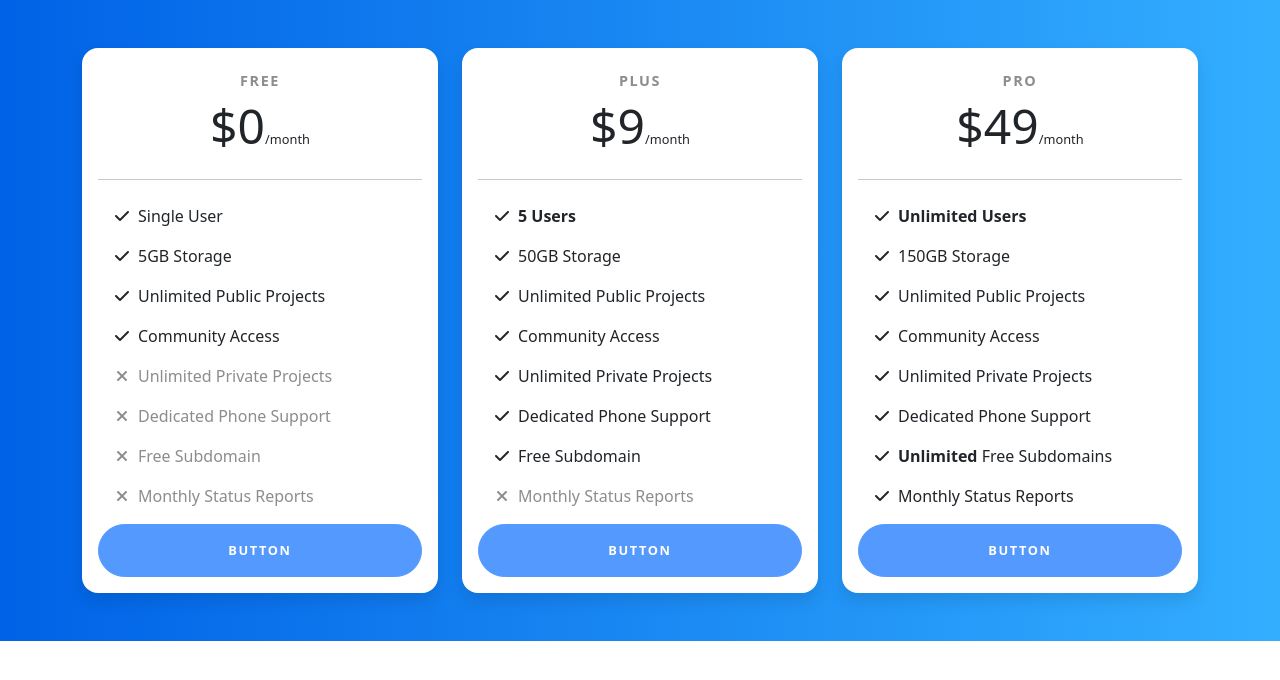
Repository: muzthy8/price-card
Page: /
The author's editor kept a copy of each file at every save. The page is drawn from the files as they stood at one save, then again after the next save.
The browser window is 1280 px wide. The pictures show the whole page.
Some web libraries are served in a nearby version. The project was rebuilt for these pictures with package versions that can differ from the ones it lists, and the page was loaded fresh each time.

Above is the page before, as saved 2023-06-22 12:33:58.

### public/index.html
<!DOCTYPE html>
<html lang="en">
  <head>
    <meta charset="utf-8" />
    <link rel="icon" href="%PUBLIC_URL%/favicon.ico" />
    <meta name="viewport" content="width=device-width, initial-scale=1" />
    <meta name="theme-color" content="#000000" />
    <meta
      name="description"
      content="Web site created using create-react-app"
    />
    <link rel="apple-touch-icon" href="%PUBLIC_URL%/logo192.png" />
    <!--
      manifest.json provides metadata used when your web app is installed on a
      user's mobile device or desktop. See https://developers.google.com/web/fundamentals/web-app-manifest/
    -->
    <link rel="manifest" href="%PUBLIC_URL%/manifest.json" />
    <!--
      Notice the use of %PUBLIC_URL% in the tags above.
      It will be replaced with the URL of the `public` folder during the build.
      Only files inside the `public` folder can be referenced from the HTML.

      Unlike "/favicon.ico" or "favicon.ico", "%PUBLIC_URL%/favicon.ico" will
      work correctly both with client-side routing and a non-root public URL.
      Learn how to configure a non-root public URL by running `npm run build`.
    -->
    <link href="https://cdn.jsdelivr.net/npm/bootstrap@5.3.0/dist/css/bootstrap.min.css" rel="stylesheet" integrity="sha384-9ndCyUaIbzAi2FUVXJi0CjmCapSmO7SnpJef0486qhLnuZ2cdeRhO02iuK6FUUVM" crossorigin="anonymous">
    <!-- <link rel="stylesheet" href="https://cdnjs.cloudflare.com/ajax/libs/font-awesome/6.4.0/css/all.min.css" integrity="sha512-iecdLmaskl7CVkqkXNQ/ZH/XLlvWZOJyj7Yy7tcenmpD1ypASozpmT/E0iPtmFIB46ZmdtAc9eNBvH0H/ZpiBw==" crossorigin="anonymous" referrerpolicy="no-referrer" /> -->
    <title>Price Card</title>
  </head>
  <body>
    <noscript>You need to enable JavaScript to run this app.</noscript>
    <div id="root"></div>
    <!--
      This HTML file is a template.
      If you open it directly in the browser, you will see an empty page.

      You can add webfonts, meta tags, or analytics to this file.
      The build step will place the bundled scripts into the <body> tag.

      To begin the development, run `npm start` or `yarn start`.
      To create a production bundle, use `npm run build` or `yarn build`.
    -->
    <script src="https://kit.fontawesome.com/9fec16f909.js" crossorigin="anonymous"></script>
  </body>
</html>

### src/App.js


function App() {
  return <>
  <section className="pricing py-5">
  <div className="container">
    <div className="row">
      {/* <!-- Free Tier --> */}
      <div className="col-lg-4">
        <div className="card mb-5 mb-lg-0">
          <div className="card-body">
            <h5 className="card-title text-muted text-uppercase text-center">Free</h5>
            <h6 className="card-price text-center">$0<span className="period">/month</span></h6>
            <hr/>
            <ul className="fa-ul">
              <li><span className="fa-li"><i className="fas fa-check"></i></span>Single User</li>
              <li><span className="fa-li"><i className="fas fa-check"></i></span>5GB Storage</li>
              <li><span className="fa-li"><i className="fas fa-check"></i></span>Unlimited Public Projects</li>
              <li><span className="fa-li"><i className="fas fa-check"></i></span>Community Access</li>
              <li className="text-muted"><span className="fa-li"><i className="fas fa-times"></i></span>Unlimited
                Private Projects</li>
              <li className="text-muted"><span className="fa-li"><i className="fas fa-times"></i></span>Dedicated
                Phone Support</li>
              <li className="text-muted"><span className="fa-li"><i className="fas fa-times"></i></span>Free Subdomain
              </li>
              <li className="text-muted"><span className="fa-li"><i className="fas fa-times"></i></span>Monthly Status
                Reports</li>
            </ul>
            <div className="d-grid">
              <a href="javascript(void)" className="btn btn-primary text-uppercase">Button</a>
            </div>
          </div>
        </div>
      </div>
      {/* <!-- Plus Tier --> */}
      <div className="col-lg-4">
        <div className="card mb-5 mb-lg-0">
          <div className="card-body">
            <h5 className="card-title text-muted text-uppercase text-center">Plus</h5>
            <h6 className="card-price text-center">$9<span className="period">/month</span></h6>
            <hr/>
            <ul className="fa-ul">
              <li><span className="fa-li"><i className="fas fa-check"></i></span><strong>5 Users</strong></li>
              <li><span className="fa-li"><i className="fas fa-check"></i></span>50GB Storage</li>
              <li><span className="fa-li"><i className="fas fa-check"></i></span>Unlimited Public Projects</li>
              <li><span className="fa-li"><i className="fas fa-check"></i></span>Community Access</li>
              <li><span className="fa-li"><i className="fas fa-check"></i></span>Unlimited Private Projects</li>
              <li><span className="fa-li"><i className="fas fa-check"></i></span>Dedicated Phone Support</li>
              <li><span className="fa-li"><i className="fas fa-check"></i></span>Free Subdomain</li>
              <li className="text-muted"><span className="fa-li"><i className="fas fa-times"></i></span>Monthly Status
                Reports</li>
            </ul>
            <div className="d-grid">
              <a href="javascript(void)" className="btn btn-primary text-uppercase">Button</a>
            </div>
          </div>
        </div>
      </div>
      {/* <!-- Pro Tier --> */}
      <div className="col-lg-4">
        <div className="card">
          <div className="card-body">
            <h5 className="card-title text-muted text-uppercase text-center">Pro</h5>
            <h6 className="card-price text-center">$49<span className="period">/month</span></h6>
            <hr/>
            <ul className="fa-ul">
              <li><span className="fa-li"><i className="fas fa-check"></i></span><strong>Unlimited Users</strong>
              </li>
              <li><span className="fa-li"><i className="fas fa-check"></i></span>150GB Storage</li>
              <li><span className="fa-li"><i className="fas fa-check"></i></span>Unlimited Public Projects</li>
              <li><span className="fa-li"><i className="fas fa-check"></i></span>Community Access</li>
              <li><span className="fa-li"><i className="fas fa-check"></i></span>Unlimited Private Projects</li>
              <li><span className="fa-li"><i className="fas fa-check"></i></span>Dedicated Phone Support</li>
              <li><span className="fa-li"><i className="fas fa-check"></i></span><strong>Unlimited</strong> Free
                Subdomains</li>
              <li><span className="fa-li"><i className="fas fa-check"></i></span>Monthly Status Reports</li>
            </ul>
            <div className="d-grid">
              <a href="javascript(void)" className="btn btn-primary text-uppercase">Button</a>
            </div>
          </div>
        </div>
      </div>
    </div>
  </div>
</section>
  </>
}

export default App;

Loaded but not shown: src/index.js (common file); src/index.css (common file)

After the next save:
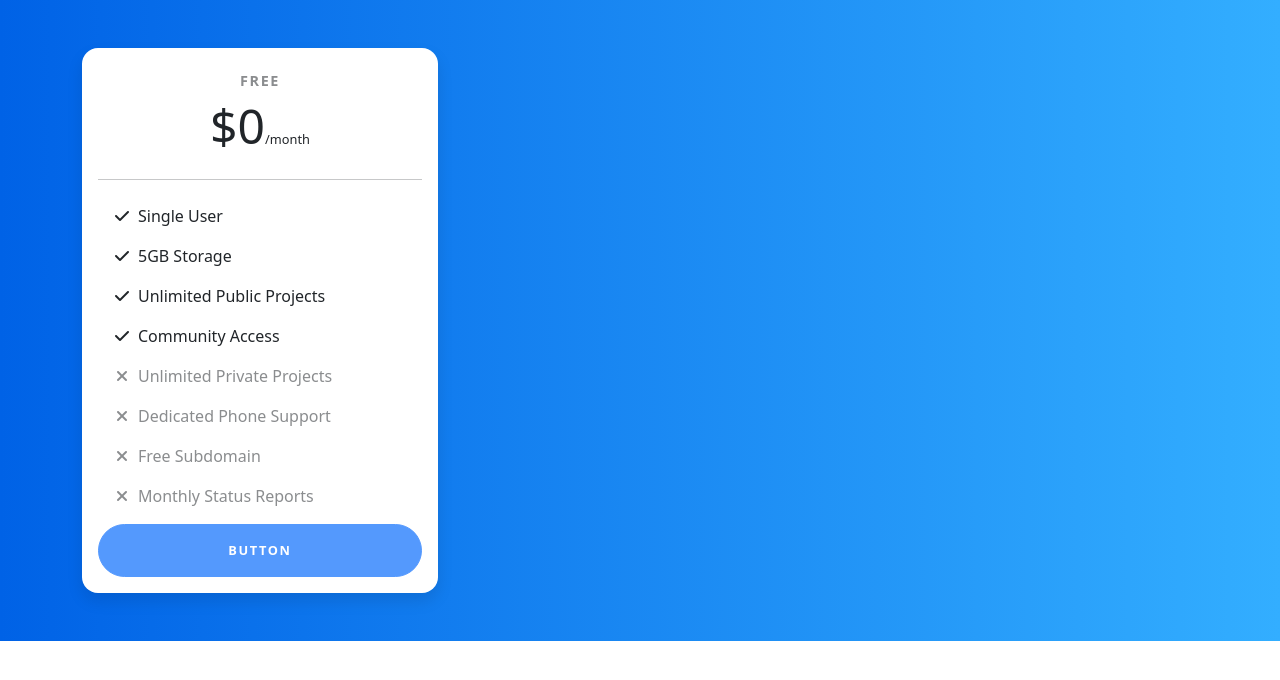
Saved 19 h 52 min later.
--- a/src/App.js
+++ b/src/App.js
@@ -1,4 +1,3 @@
-
 
 function App() {
   return <>
@@ -32,55 +31,6 @@ function App() {
           </div>
         </div>
       </div>
-      {/* <!-- Plus Tier --> */}
-      <div className="col-lg-4">
-        <div className="card mb-5 mb-lg-0">
-          <div className="card-body">
-            <h5 className="card-title text-muted text-uppercase text-center">Plus</h5>
-            <h6 className="card-price text-center">$9<span className="period">/month</span></h6>
-            <hr/>
-            <ul className="fa-ul">
-              <li><span className="fa-li"><i className="fas fa-check"></i></span><strong>5 Users</strong></li>
-              <li><span className="fa-li"><i className="fas fa-check"></i></span>50GB Storage</li>
-              <li><span className="fa-li"><i className="fas fa-check"></i></span>Unlimited Public Projects</li>
-              <li><span className="fa-li"><i className="fas fa-check"></i></span>Community Access</li>
-              <li><span className="fa-li"><i className="fas fa-check"></i></span>Unlimited Private Projects</li>
-              <li><span className="fa-li"><i className="fas fa-check"></i></span>Dedicated Phone Support</li>
-              <li><span className="fa-li"><i className="fas fa-check"></i></span>Free Subdomain</li>
-              <li className="text-muted"><span className="fa-li"><i className="fas fa-times"></i></span>Monthly Status
-                Reports</li>
-            </ul>
-            <div className="d-grid">
-              <a href="javascript(void)" className="btn btn-primary text-uppercase">Button</a>
-            </div>
-          </div>
-        </div>
-      </div>
-      {/* <!-- Pro Tier --> */}
-      <div className="col-lg-4">
-        <div className="card">
-          <div className="card-body">
-            <h5 className="card-title text-muted text-uppercase text-center">Pro</h5>
-            <h6 className="card-price text-center">$49<span className="period">/month</span></h6>
-            <hr/>
-            <ul className="fa-ul">
-              <li><span className="fa-li"><i className="fas fa-check"></i></span><strong>Unlimited Users</strong>
-              </li>
-              <li><span className="fa-li"><i className="fas fa-check"></i></span>150GB Storage</li>
-              <li><span className="fa-li"><i className="fas fa-check"></i></span>Unlimited Public Projects</li>
-              <li><span className="fa-li"><i className="fas fa-check"></i></span>Community Access</li>
-              <li><span className="fa-li"><i className="fas fa-check"></i></span>Unlimited Private Projects</li>
-              <li><span className="fa-li"><i className="fas fa-check"></i></span>Dedicated Phone Support</li>
-              <li><span className="fa-li"><i className="fas fa-check"></i></span><strong>Unlimited</strong> Free
-                Subdomains</li>
-              <li><span className="fa-li"><i className="fas fa-check"></i></span>Monthly Status Reports</li>
-            </ul>
-            <div className="d-grid">
-              <a href="javascript(void)" className="btn btn-primary text-uppercase">Button</a>
-            </div>
-          </div>
-        </div>
-      </div>
     </div>
   </div>
 </section>
